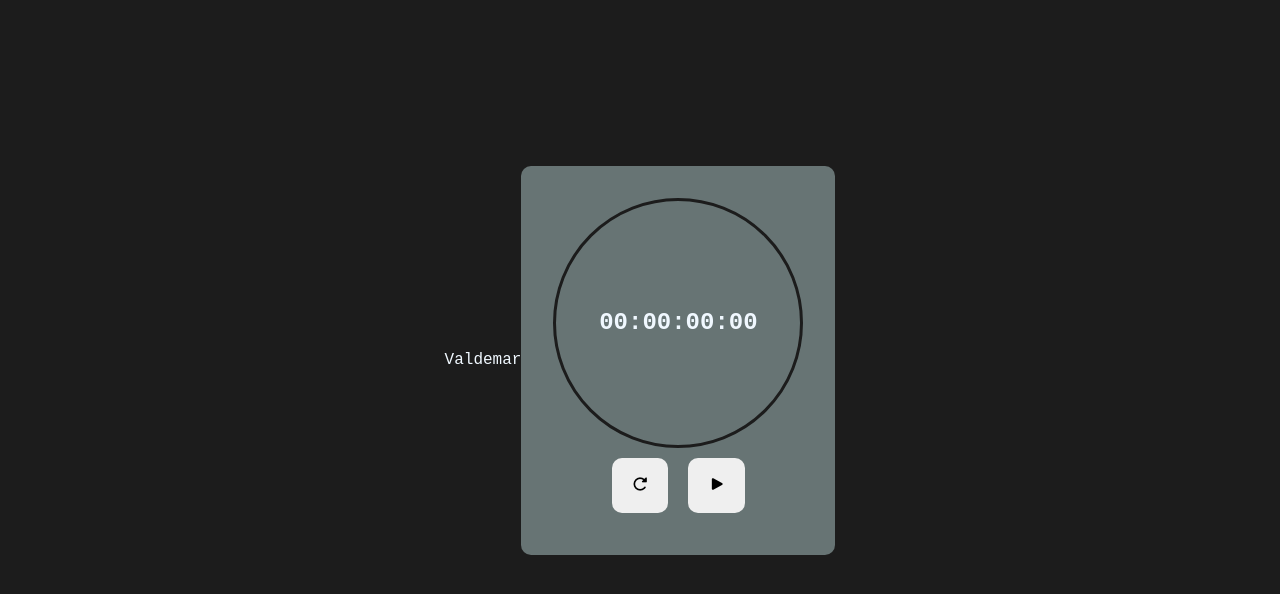
Repository: ValdemarCaculo/TEMPORIZADOR
Page: index.html
These files come from the project's save history. The page is drawn as it stood at one moment and after the next save; the edit follows.
The browser window is 1280 px wide. The pictures show the whole page.
Some web libraries are served in a nearby version.

Above is the page before, as saved 2025-12-06 15:34:15.

After the next save:
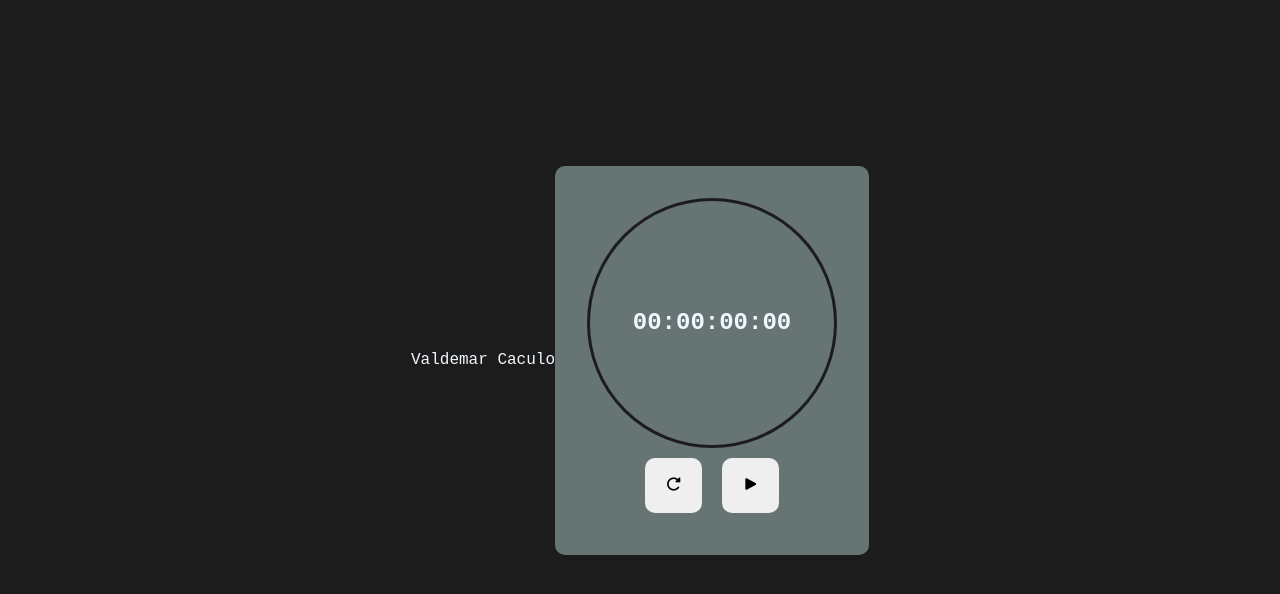
Saved 4 s later.
--- a/index.html
+++ b/index.html
@@ -12,7 +12,7 @@
 </head>
 
 <body>
-    Valdemar
+    Valdemar Caculo
     <div class="contador">
 
         <h2 id="time">00:00:00:00</h2>
